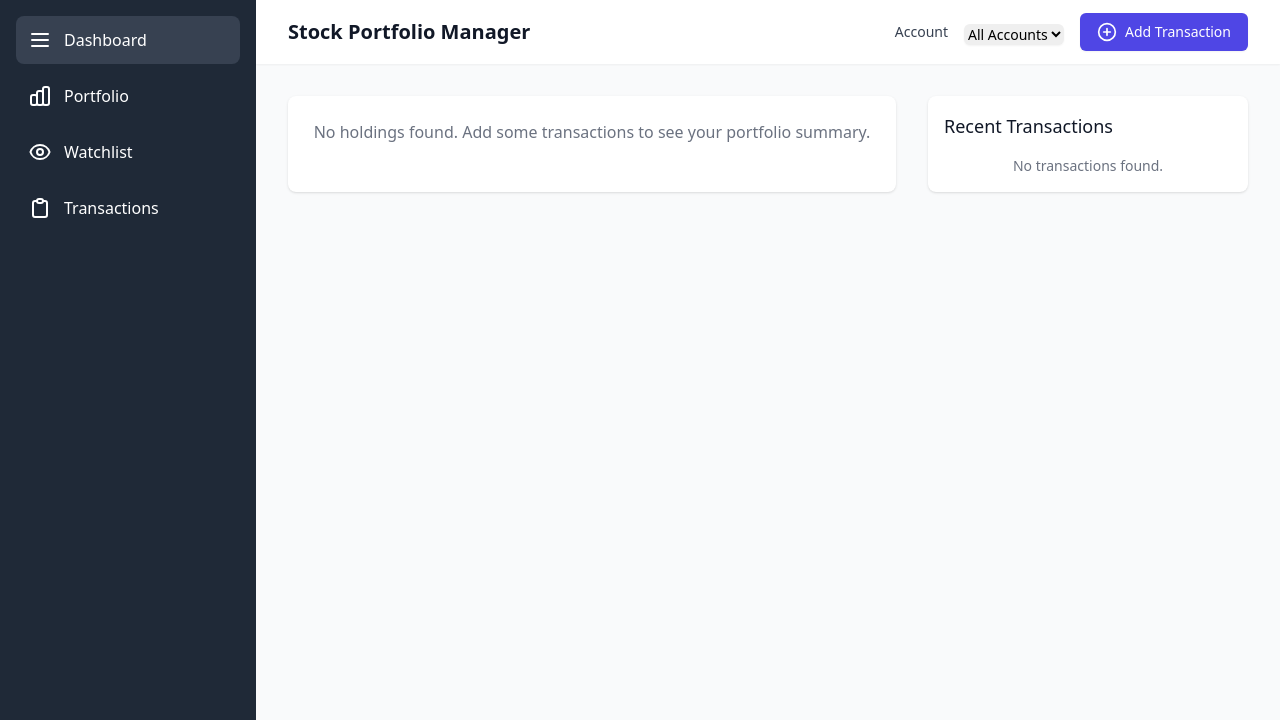
Repository: gpierre004/stock_portfolio_management
Page: /
An editor plug-in stored every save of this project. The page is shown before and after the next save, followed by the edit.
The browser window is 1280 px wide. The pictures show the whole page.
The page's requests for data from a server got no answer. The project was rebuilt for these pictures with package versions that can differ from the ones it lists, and the page was loaded fresh each time. No one was signed in, and anything a server would have sent is missing. Also part of the build but not shown: vite.config.ts, src/components/TransactionForm.tsx, src/components/ErrorBoundary.tsx, src/services/watchlistService.ts, src/components/WatchlistCard.tsx, src/components/WatchlistGrid.tsx, src/pages/Watchlist.tsx.

Above is the page before, as saved 2024-11-23 16:19:03.

### src/App.tsx
import React from 'react';
import { QueryClient, QueryClientProvider } from '@tanstack/react-query';
import { BrowserRouter, Routes, Route } from 'react-router-dom';
import Navigation from './components/Navigation';
import Dashboard from './pages/Dashboard';
import Watchlist from './pages/Watchlist';

const queryClient = new QueryClient();

function App() {
  const [selectedAccountId, setSelectedAccountId] = React.useState<number | null>(null);

  return (
    <BrowserRouter>
      <QueryClientProvider client={queryClient}>
        <div className="min-h-screen bg-gray-50 flex">
          {/* Left Navigation */}
          <Navigation />

          {/* Main Content */}
          <div className="flex-1">
            <Routes>
              <Route
                path="/"
                element={
                  <Dashboard
                    selectedAccountId={selectedAccountId}
                    setSelectedAccountId={setSelectedAccountId}
                  />
                }
              />
              <Route path="/watchlist" element={<Watchlist />} />
            </Routes>
          </div>
        </div>
      </QueryClientProvider>
    </BrowserRouter>
  );
}

export default App;

### src/components/Navigation.tsx
import React from 'react';
import { Link, useLocation } from 'react-router-dom';

export default function Navigation() {
  const location = useLocation();

  const isActive = (path: string) => {
    return location.pathname === path ? 'bg-gray-700' : '';
  };

  return (
    <nav className="bg-gray-800 text-white w-64 min-h-screen p-4">
      <div className="space-y-2">
        <Link
          to="/"
          className={`flex items-center space-x-3 p-3 rounded-lg hover:bg-gray-700 ${isActive('/')}`}
        >
          <svg className="w-6 h-6" fill="none" stroke="currentColor" viewBox="0 0 24 24">
            <path strokeLinecap="round" strokeLinejoin="round" strokeWidth={2} d="M4 6h16M4 12h16M4 18h16" />
          </svg>
          <span>Dashboard</span>
        </Link>

        <Link
          to="/portfolio"
          className={`flex items-center space-x-3 p-3 rounded-lg hover:bg-gray-700 ${isActive('/portfolio')}`}
        >
          <svg className="w-6 h-6" fill="none" stroke="currentColor" viewBox="0 0 24 24">
            <path strokeLinecap="round" strokeLinejoin="round" strokeWidth={2} d="M9 19v-6a2 2 0 00-2-2H5a2 2 0 00-2 2v6a2 2 0 002 2h2a2 2 0 002-2zm0 0V9a2 2 0 012-2h2a2 2 0 012 2v10m-6 0a2 2 0 002 2h2a2 2 0 002-2m0 0V5a2 2 0 012-2h2a2 2 0 012 2v14a2 2 0 01-2 2h-2a2 2 0 01-2-2z" />
          </svg>
          <span>Portfolio</span>
        </Link>

        <Link
          to="/watchlist"
          className={`flex items-center space-x-3 p-3 rounded-lg hover:bg-gray-700 ${isActive('/watchlist')}`}
        >
          <svg className="w-6 h-6" fill="none" stroke="currentColor" viewBox="0 0 24 24">
            <path strokeLinecap="round" strokeLinejoin="round" strokeWidth={2} d="M15 12a3 3 0 11-6 0 3 3 0 016 0z" />
            <path strokeLinecap="round" strokeLinejoin="round" strokeWidth={2} d="M2.458 12C3.732 7.943 7.523 5 12 5c4.478 0 8.268 2.943 9.542 7-1.274 4.057-5.064 7-9.542 7-4.477 0-8.268-2.943-9.542-7z" />
          </svg>
          <span>Watchlist</span>
        </Link>

        <Link
          to="/transactions"
          className={`flex items-center space-x-3 p-3 rounded-lg hover:bg-gray-700 ${isActive('/transactions')}`}
        >
          <svg className="w-6 h-6" fill="none" stroke="currentColor" viewBox="0 0 24 24">
            <path strokeLinecap="round" strokeLinejoin="round" strokeWidth={2} d="M9 5H7a2 2 0 00-2 2v12a2 2 0 002 2h10a2 2 0 002-2V7a2 2 0 00-2-2h-2M9 5a2 2 0 002 2h2a2 2 0 002-2M9 5a2 2 0 012-2h2a2 2 0 012 2" />
          </svg>
          <span>Transactions</span>
        </Link>
      </div>
    </nav>
  );
}

### src/pages/Dashboard.tsx
import React from 'react';
import TransactionList from '../components/TransactionList';
import TransactionForm from '../components/TransactionForm';
import PortfolioSummary from '../components/PortfolioSummary';
import AccountSelector from '../components/AccountSelector';
import ErrorBoundary from '../components/ErrorBoundary';
import { PlusCircle } from 'lucide-react';

interface DashboardProps {
  selectedAccountId: number | null;
  setSelectedAccountId: (id: number | null) => void;
}

const Dashboard: React.FC<DashboardProps> = ({ selectedAccountId, setSelectedAccountId }) => {
  const [isFormOpen, setIsFormOpen] = React.useState(false);

  return (
    <>
      {/* Top Navigation */}
      <nav className="bg-white shadow-sm">
        <div className="px-4 sm:px-6 lg:px-8">
          <div className="flex justify-between h-16 items-center">
            <h1 className="text-xl font-semibold text-gray-900">Stock Portfolio Manager</h1>
            <div className="flex items-center space-x-4">
              <AccountSelector
                selectedAccountId={selectedAccountId}
                onAccountChange={setSelectedAccountId}
              />
              <button
                onClick={() => setIsFormOpen(true)}
                className="inline-flex items-center px-4 py-2 border border-transparent text-sm font-medium rounded-md shadow-sm text-white bg-indigo-600 hover:bg-indigo-700 focus:outline-none focus:ring-2 focus:ring-offset-2 focus:ring-indigo-500"
              >
                <PlusCircle className="w-5 h-5 mr-2" />
                Add Transaction
              </button>
            </div>
          </div>
        </div>
      </nav>

      {/* Content Area */}
      <main className="p-8">
        <div className="flex gap-8">
          {/* Portfolio Summary */}
          <ErrorBoundary>
            <PortfolioSummary accountId={selectedAccountId} />
          </ErrorBoundary>

          {/* Recent Transactions */}
          <ErrorBoundary>
            <TransactionList accountId={selectedAccountId} />
          </ErrorBoundary>
        </div>
      </main>

      {/* Transaction Form Modal */}
      {isFormOpen && (
        <TransactionForm
          onClose={() => setIsFormOpen(false)}
          accountId={selectedAccountId}
        />
      )}
    </>
  );
};

export default Dashboard;

### src/components/TransactionList.tsx
import React from 'react';
import { useQuery } from '@tanstack/react-query';
import axios from 'axios';
import { format, parseISO } from 'date-fns';
import { ENDPOINTS } from '../config/api';

interface Transaction {
  purchase_id: number;
  ticker: string;
  purchase_date: string;
  quantity: number;
  type: string;
  purchase_price: number;
  description?: string;
  comment?: string;
  AccountId?: number;
}

interface TransactionListProps {
  accountId: number | null;
}

export default function TransactionList({ accountId }: TransactionListProps) {
  const { data: transactions = [], error, isError, isLoading } = useQuery({
    queryKey: ['transactions', accountId],
    queryFn: async () => {
      try {
        const url = accountId
          ? `${ENDPOINTS.TRANSACTIONS}?accountId=${accountId}`
          : ENDPOINTS.TRANSACTIONS;
        const { data } = await axios.get<Transaction[]>(url);
        // Get only the last 10 transactions
        return Array.isArray(data) ? data.slice(0, 10) : [];
      } catch (error) {
        if (axios.isAxiosError(error)) {
          throw new Error(error.response?.data?.message || 'Failed to fetch transactions');
        }
        throw error;
      }
    },
    initialData: [],
  });

  if (isLoading) {
    return (
      <div className="w-80 bg-white shadow rounded-lg p-4">
        <h2 className="text-lg font-medium text-gray-900 mb-4">Recent Transactions</h2>
        <div className="animate-pulse space-y-3">
          {[1, 2, 3].map((i) => (
            <div key={i} className="h-12 bg-gray-100 rounded"></div>
          ))}
        </div>
      </div>
    );
  }

  if (isError) {
    return (
      <div className="w-80 bg-white shadow rounded-lg p-4">
        <h2 className="text-lg font-medium text-gray-900 mb-4">Recent Transactions</h2>
        <div className="text-red-600 text-sm">
          {error instanceof Error ? error.message : 'An error occurred while fetching transactions'}
        </div>
      </div>
    );
  }

  if (!transactions.length) {
    return (
      <div className="w-80 bg-white shadow rounded-lg p-4">
        <h2 className="text-lg font-medium text-gray-900 mb-4">Recent Transactions</h2>
        <div className="text-gray-500 text-sm text-center">
          No transactions found.
        </div>
      </div>
    );
  }

  return (
    <div className="w-80 bg-white shadow rounded-lg p-4">
      <h2 className="text-lg font-medium text-gray-900 mb-4">Recent Transactions</h2>
      <div className="space-y-3 overflow-y-auto max-h-[calc(100vh-12rem)]">
        {transactions.map((transaction) => (
          <div
            key={transaction.purchase_id}
            className="border-b border-gray-100 last:border-0 pb-3 last:pb-0"
          >
            <div className="flex justify-between items-start">
              <div>
                <div className="flex items-center space-x-2">
                  <span className="font-medium text-gray-900">
                    {transaction.ticker}
                  </span>
                  <span className={`text-xs px-1.5 py-0.5 rounded ${
                    transaction.type.toLowerCase() === 'buy'
                      ? 'bg-green-100 text-green-800'
                      : 'bg-red-100 text-red-800'
                  }`}>
                    {transaction.type}
                  </span>
                </div>
                <p className="text-xs text-gray-500">
                  {format(parseISO(transaction.purchase_date), 'MMM dd, yyyy')}
                </p>
              </div>
              <div className="text-right">
                <p className="text-sm font-medium text-gray-900">
                  ${(transaction.quantity * transaction.purchase_price).toFixed(2)}
                </p>
                <p className="text-xs text-gray-500">
                  {transaction.quantity.toFixed(2)} @ ${transaction.purchase_price.toFixed(2)}
                </p>
              </div>
            </div>
          </div>
        ))}
      </div>
    </div>
  );
}

### src/components/PortfolioSummary.tsx
import React from 'react';
import { useQuery } from '@tanstack/react-query';
import axios from 'axios';
import { ENDPOINTS } from '../config/api';
import type { PortfolioSummary as PortfolioSummaryType } from '../types/transaction';

interface PortfolioSummaryProps {
  accountId: number | null;
}

export default function PortfolioSummary({ accountId }: PortfolioSummaryProps) {
  const { data: holdings = [], error, isError, isLoading } = useQuery<PortfolioSummaryType[]>({
    queryKey: ['portfolio', accountId],
    queryFn: async () => {
      try {
        const url = accountId
          ? `${ENDPOINTS.PORTFOLIO_SUMMARY}?accountId=${accountId}`
          : ENDPOINTS.PORTFOLIO_SUMMARY;
        const { data } = await axios.get<PortfolioSummaryType[]>(url);
        return Array.isArray(data) ? data : [];
      } catch (error) {
        if (axios.isAxiosError(error)) {
          throw new Error(error.response?.data?.message || 'Failed to fetch portfolio summary');
        }
        throw error;
      }
    },
    initialData: [],
  });

  if (isLoading) {
    return (
      <div className="flex-1 grid grid-cols-1 lg:grid-cols-2 xl:grid-cols-3 gap-6">
        {[1, 2, 3].map((i) => (
          <div key={i} className="bg-white shadow rounded-lg p-6 animate-pulse">
            <div className="h-4 bg-gray-200 rounded w-1/4 mb-4"></div>
            <div className="h-6 bg-gray-200 rounded w-1/2"></div>
          </div>
        ))}
      </div>
    );
  }

  if (isError) {
    return (
      <div className="flex-1 bg-white shadow rounded-lg p-6">
        <div className="text-red-600">
          {error instanceof Error ? error.message : 'An error occurred while fetching portfolio data'}
        </div>
      </div>
    );
  }

  const safeHoldings = Array.isArray(holdings) ? holdings : [];

  if (!safeHoldings.length) {
    return (
      <div className="flex-1 bg-white shadow rounded-lg p-6">
        <div className="text-gray-500 text-center">
          No holdings found. Add some transactions to see your portfolio summary.
        </div>
      </div>
    );
  }

  return (
    <div className="flex-1 grid grid-cols-1 lg:grid-cols-2 xl:grid-cols-3 gap-6">
      {safeHoldings.map((holding) => (
        <div key={holding.ticker} className="bg-white shadow rounded-lg p-6">
          <div className="flex justify-between items-start mb-6">
            <h3 className="text-xl font-bold text-gray-900">{holding.ticker}</h3>
            <span className={`text-sm font-medium px-2 py-1 rounded ${
              (holding.percent_change || 0) >= 0
                ? 'text-green-800 bg-green-100'
                : 'text-red-800 bg-red-100'
            }`}>
              {(holding.percent_change || 0).toFixed(2)}%
            </span>
          </div>

          <div className="space-y-4">
            <div className="grid grid-cols-2 gap-4">
              <div>
                <p className="text-sm text-gray-500">Total Invested</p>
                <p className="text-base">
                  <span className="text-gray-400 text-sm">$</span>
                  <span className="font-semibold text-gray-900">{(holding.total_invested || 0).toFixed(2)}</span>
                </p>
              </div>
              <div>
                <p className="text-sm text-gray-500">Current Value</p>
                <p className="text-base">
                  <span className="text-gray-400 text-sm">$</span>
                  <span className="font-semibold text-gray-900">{(holding.current_value || 0).toFixed(2)}</span>
                </p>
              </div>
            </div>

            <div className="flex justify-between items-center">
              <p className="text-sm text-gray-500">Quantity</p>
              <p className="text-base font-semibold text-gray-900">
                {(holding.total_quantity || 0).toFixed(1)}
              </p>
            </div>

            <div className="flex justify-between items-center">
              <p className="text-sm text-gray-500">Profit/Loss</p>
              <p className={`text-base font-semibold flex items-center ${
                (holding.profit_loss || 0) >= 0 ? 'text-green-600' : 'text-red-600'
              }`}>
                {(holding.profit_loss || 0) >= 0 ? (
                  <svg className="w-4 h-4 mr-1" fill="none" stroke="currentColor" viewBox="0 0 24 24">
                    <path strokeLinecap="round" strokeLinejoin="round" strokeWidth={2} d="M5 10l7-7m0 0l7 7m-7-7v18" />
                  </svg>
                ) : (
                  <svg className="w-4 h-4 mr-1" fill="none" stroke="currentColor" viewBox="0 0 24 24">
                    <path strokeLinecap="round" strokeLinejoin="round" strokeWidth={2} d="M19 14l-7 7m0 0l-7-7m7 7V3" />
                  </svg>
                )}
                <span className="text-gray-400 text-sm">$</span>
                {Math.abs(holding.profit_loss || 0).toFixed(2)}
              </p>
            </div>
          </div>
        </div>
      ))}
    </div>
  );
}

### src/components/AccountSelector.tsx
import React from 'react';
import { useQuery } from '@tanstack/react-query';
import axios from 'axios';
import { Account } from '../../server/types/account';
import { ENDPOINTS } from '../config/api';

interface AccountSelectorProps {
  selectedAccountId: number | null;
  onAccountChange: (accountId: number | null) => void;
}

const formatBalance = (balance: unknown): string => {
  if (typeof balance === 'number') {
    return `$${balance.toFixed(2)}`;
  }
  if (typeof balance === 'string') {
    const num = parseFloat(balance);
    if (!isNaN(num)) {
      return `$${num.toFixed(2)}`;
    }
  }
  return '$0.00';
};

export default function AccountSelector({ selectedAccountId, onAccountChange }: AccountSelectorProps) {
  const { data: accounts, error, isError, isLoading } = useQuery<Account[]>({
    queryKey: ['accounts'],
    queryFn: async () => {
      try {
        const { data } = await axios.get(`${ENDPOINTS.ACCOUNTS}`);
        return Array.isArray(data) ? data.map(account => ({
          ...account,
          balance: typeof account.balance === 'string' ? parseFloat(account.balance) : account.balance
        })) : [];
      } catch (error) {
        if (axios.isAxiosError(error)) {
          throw new Error(error.response?.data?.message || 'Failed to fetch accounts');
        }
        throw error;
      }
    },
    initialData: [], // Ensure we always have an array
  });

  if (isLoading) {
    return (
      <div className="flex items-center space-x-4">
        <label className="text-sm font-medium text-gray-700">Account</label>
        <div className="w-48 h-9 bg-gray-200 rounded animate-pulse"></div>
      </div>
    );
  }

  if (isError) {
    return (
      <div className="flex items-center space-x-4">
        <label className="text-sm font-medium text-gray-700">Account</label>
        <div className="text-red-600 text-sm">
          {error instanceof Error ? error.message : 'Failed to load accounts'}
        </div>
      </div>
    );
  }

  const safeAccounts = Array.isArray(accounts) ? accounts : [];

  return (
    <div className="flex items-center space-x-4">
      <label htmlFor="account" className="text-sm font-medium text-gray-700">
        Account
      </label>
      <select
        id="account"
        value={selectedAccountId || ''}
        onChange={(e) => onAccountChange(e.target.value ? parseInt(e.target.value) : null)}
        className="mt-1 block w-full rounded-md border-gray-300 shadow-sm focus:border-indigo-500 focus:ring-indigo-500 sm:text-sm"
      >
        <option value="">All Accounts</option>
        {safeAccounts.map((account) => (
          <option key={account.account_id} value={account.account_id}>
            {account.name} ({formatBalance(account.balance)})
          </option>
        ))}
      </select>
    </div>
  );
}

### src/config/api.ts
import axios from 'axios';

export const API_BASE_URL = 'http://localhost:3001/api';

export const ENDPOINTS = {
  TRANSACTIONS: `${API_BASE_URL}/transactions`,
  ACCOUNTS: `${API_BASE_URL}/accounts`,
  PORTFOLIO_SUMMARY: `${API_BASE_URL}/transactions/portfolio/summary`,
};

const api = axios.create({
  baseURL: API_BASE_URL,
});

export default api;

### src/theme.ts
import { createTheme } from '@mui/material/styles';

const theme = createTheme({
  palette: {
    primary: {
      main: '#3f51b5',
      light: '#757de8',
      dark: '#002984',
    },
    secondary: {
      main: '#f50057',
      light: '#ff4081',
      dark: '#c51162',
    },
    background: {
      default: '#f5f5f5',
      paper: '#ffffff',
    },
  },
  typography: {
    fontFamily: [
      '-apple-system',
      'BlinkMacSystemFont',
      '"Segoe UI"',
      'Roboto',
      '"Helvetica Neue"',
      'Arial',
      'sans-serif',
    ].join(','),
    h4: {
      fontWeight: 600,
    },
    h5: {
      fontWeight: 500,
    },
  },
  components: {
    MuiCard: {
      styleOverrides: {
        root: {
          borderRadius: 12,
          boxShadow: '0 2px 8px rgba(0,0,0,0.1)',
        },
      },
    },
    MuiChip: {
      styleOverrides: {
        root: {
          borderRadius: 8,
        },
      },
    },
  },
});

export default theme;

Loaded but not shown: index.html (common file); src/main.tsx (common file); src/index.css (common file); tailwind.config.js (common file)

After the next save:
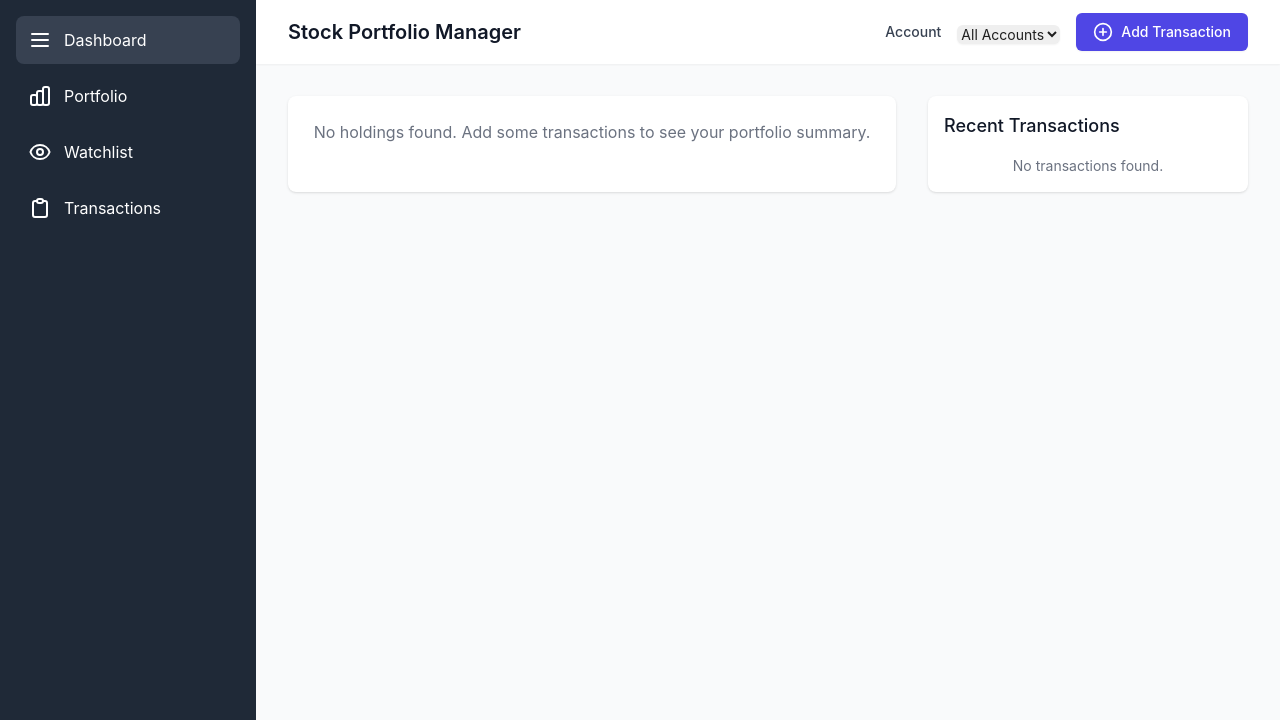
Saved 64 s later.
--- a/src/App.tsx
+++ b/src/App.tsx
@@ -1,9 +1,11 @@
 import React from 'react';
 import { QueryClient, QueryClientProvider } from '@tanstack/react-query';
 import { BrowserRouter, Routes, Route } from 'react-router-dom';
+import { ThemeProvider, CssBaseline } from '@mui/material';
 import Navigation from './components/Navigation';
 import Dashboard from './pages/Dashboard';
 import Watchlist from './pages/Watchlist';
+import theme from './theme';
 
 const queryClient = new QueryClient();
 
@@ -11,30 +13,33 @@ function App() {
   const [selectedAccountId, setSelectedAccountId] = React.useState<number | null>(null);
 
   return (
-    <BrowserRouter>
-      <QueryClientProvider client={queryClient}>
-        <div className="min-h-screen bg-gray-50 flex">
-          {/* Left Navigation */}
-          <Navigation />
+    <ThemeProvider theme={theme}>
+      <CssBaseline />
+      <BrowserRouter>
+        <QueryClientProvider client={queryClient}>
+          <div className="min-h-screen bg-gray-50 flex">
+            {/* Left Navigation */}
+            <Navigation />
 
-          {/* Main Content */}
-          <div className="flex-1">
-            <Routes>
-              <Route
-                path="/"
-                element={
-                  <Dashboard
-                    selectedAccountId={selectedAccountId}
-                    setSelectedAccountId={setSelectedAccountId}
-                  />
-                }
-              />
-              <Route path="/watchlist" element={<Watchlist />} />
-            </Routes>
+            {/* Main Content */}
+            <div className="flex-1">
+              <Routes>
+                <Route
+                  path="/"
+                  element={
+                    <Dashboard
+                      selectedAccountId={selectedAccountId}
+                      setSelectedAccountId={setSelectedAccountId}
+                    />
+                  }
+                />
+                <Route path="/watchlist" element={<Watchlist />} />
+              </Routes>
+            </div>
           </div>
-        </div>
-      </QueryClientProvider>
-    </BrowserRouter>
+        </QueryClientProvider>
+      </BrowserRouter>
+    </ThemeProvider>
   );
 }
 
